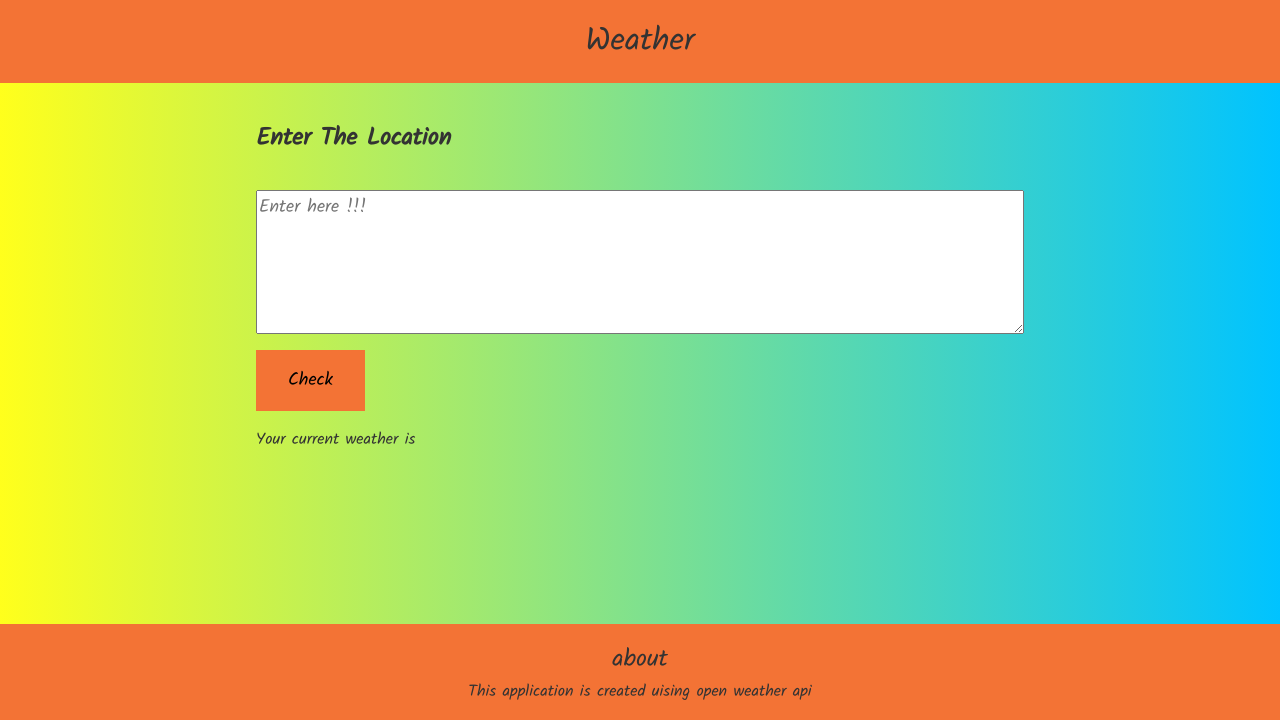
Repository: Irfan-vit/openapi
Page: index.html
The author's editor kept a copy of each file at every save. The page is drawn from the files as they stood at one save, then again after the next save.
The browser window is 1280 px wide. The pictures show the whole page.

Above is the page before, as saved 2021-05-27 23:30:51.

After the next save:
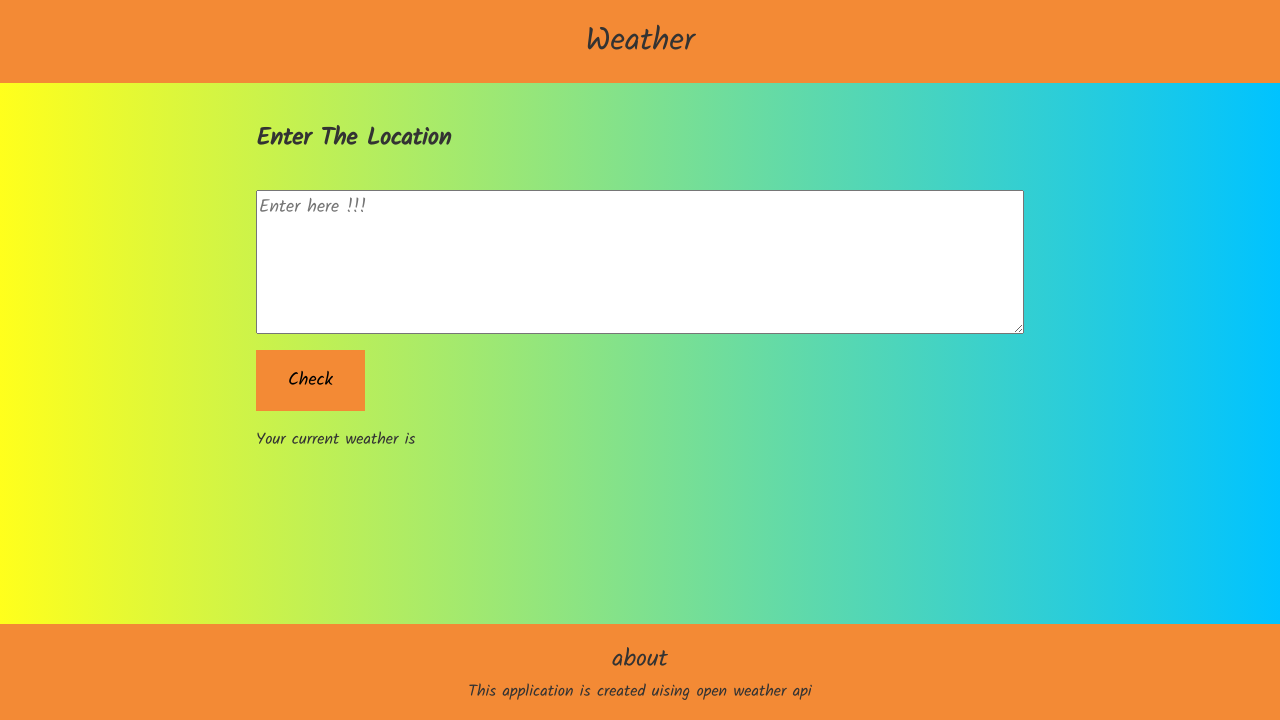
Saved 11 s later.
--- a/style.css
+++ b/style.css
@@ -5,7 +5,7 @@
 }
 
 :root {
-    --primary: #F37335;
+    --primary: #f38a35;
     --black: #333333;
     --width-break:800px
 }
